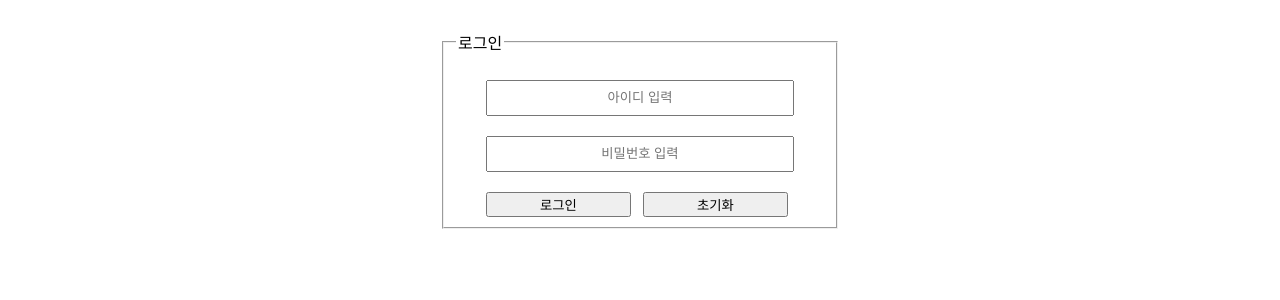
Repository: HyoJun-A/jsp
Page: http://localhost/practice01/login.jsp
An editor plug-in stored every save of this project. The page is shown before and after the next save, followed by the edit.
The browser window is 1280 px wide. The pictures show the whole page.
The page is served by Tomcat 9.

Above is the page before, as saved 2022-10-14 05:58:52.

### practice01/WebContent/login.jsp
<%@ page language="java" contentType="text/html; charset=UTF-8"
    pageEncoding="UTF-8"%>
<!DOCTYPE html>
<html>
<head>
<meta charset="UTF-8">
<title>로그인</title>
<style>
#login_form{ width: 400px; height: 300px; margin: 30px auto;}
.login_dis{ display: block;width: 300px; height: 30px; margin: 20px auto;  clear:both;  text-align: center;}
.login_btn{ display: inline-block; width: 145px;}
[type="submit"].login_btn { margin-left: 30px;}

</style>
</head>
<body>

	<form action="loginPro.jsp" method="post" name="login_form" id="login_form">
		<fieldset>
			<legend>로그인</legend>
			<input type="text" name="id" id="id" placeholder="아이디 입력" class="login_dis">
			<input type="password" name="pw" id="pw" placeholder="비밀번호 입력" class="login_dis">
			<input type="submit" value="로그인" class="login_btn"> &nbsp;
			<input type="reset" value="초기화" class="login_btn">
		</fieldset>
	</form>
</body>
</html>

After the next save:
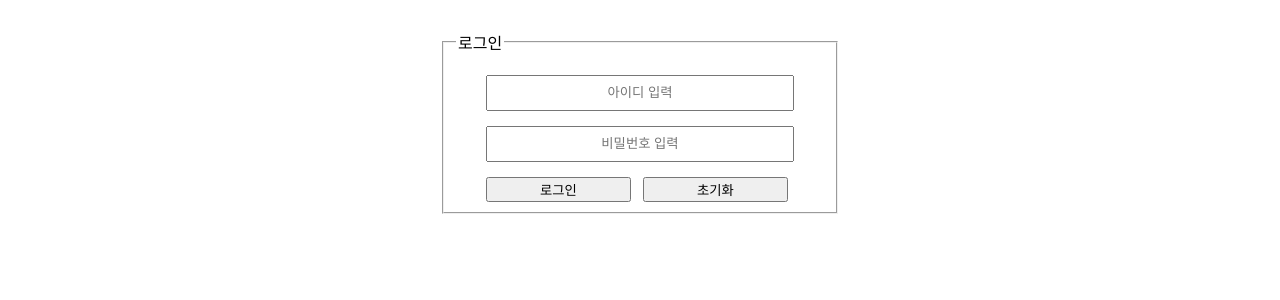
Saved 41 s later.
--- a/practice01/WebContent/login.jsp
+++ b/practice01/WebContent/login.jsp
@@ -7,7 +7,7 @@
 <title>로그인</title>
 <style>
 #login_form{ width: 400px; height: 300px; margin: 30px auto;}
-.login_dis{ display: block;width: 300px; height: 30px; margin: 20px auto;  clear:both;  text-align: center;}
+.login_dis{ display: block;width: 300px; height: 30px; margin: 15px auto;  clear:both;  text-align: center;}
 .login_btn{ display: inline-block; width: 145px;}
 [type="submit"].login_btn { margin-left: 30px;}
 
